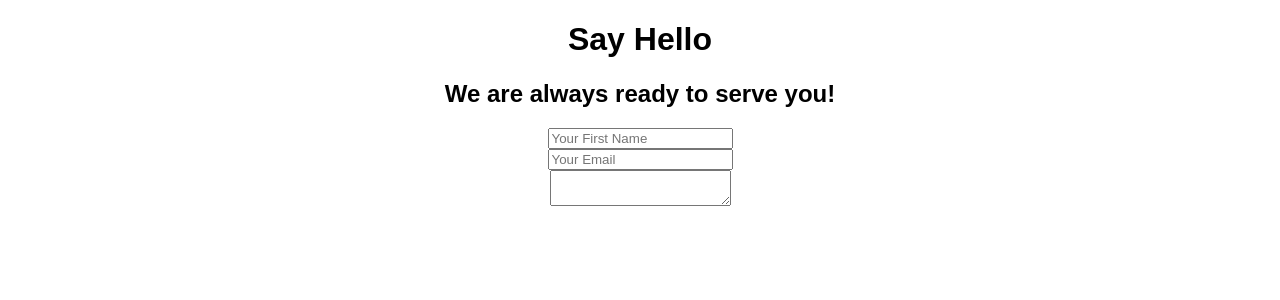
Repository: Owusuharriet/HW1-HAMAH.index.html
Page: index.htm
These files come from the project's save history. The page is drawn as it stood at one moment and after a run of saves; the edit follows.
The browser window is 1280 px wide. The pictures show the whole page.

Above is the page before, as saved 2020-08-03 22:27:15.

After the next 3 saves:
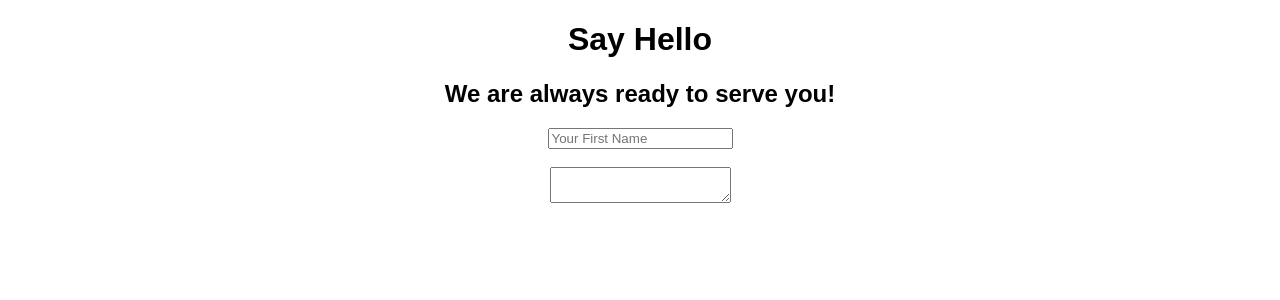
The 3 saves are shown as one change because they came seconds apart.
The last was saved 45 s later.
--- a/index.htm
+++ b/index.htm
@@ -15,6 +15,7 @@
     <div class="contact-form">
         <form id="contact-form" method="post" action=""></form>
         <input name="name" type="text" class="form-control" placeholder="Your First Name" required><br>
+        <i
         <input name="emil" type="email" class="from-control" placeholder="Your Email"required><br>
 
 

After the save that followed:
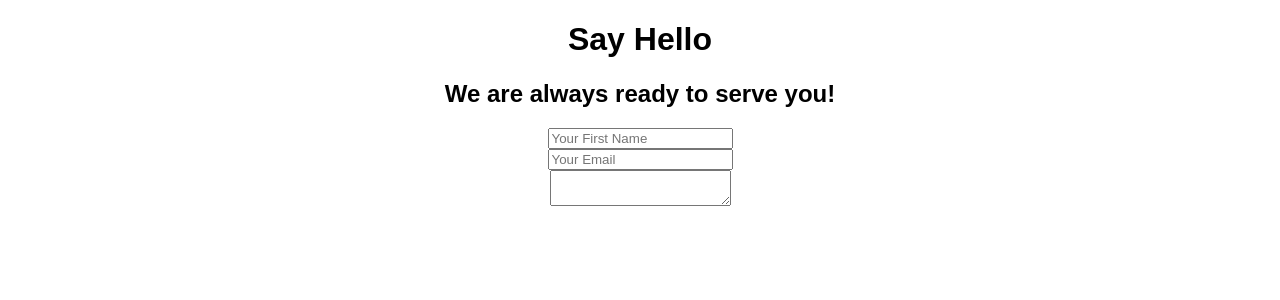
Saved 4 s later.
--- a/index.htm
+++ b/index.htm
@@ -15,7 +15,7 @@
     <div class="contact-form">
         <form id="contact-form" method="post" action=""></form>
         <input name="name" type="text" class="form-control" placeholder="Your First Name" required><br>
-        <i
+        <input
         <input name="emil" type="email" class="from-control" placeholder="Your Email"required><br>
 
 
